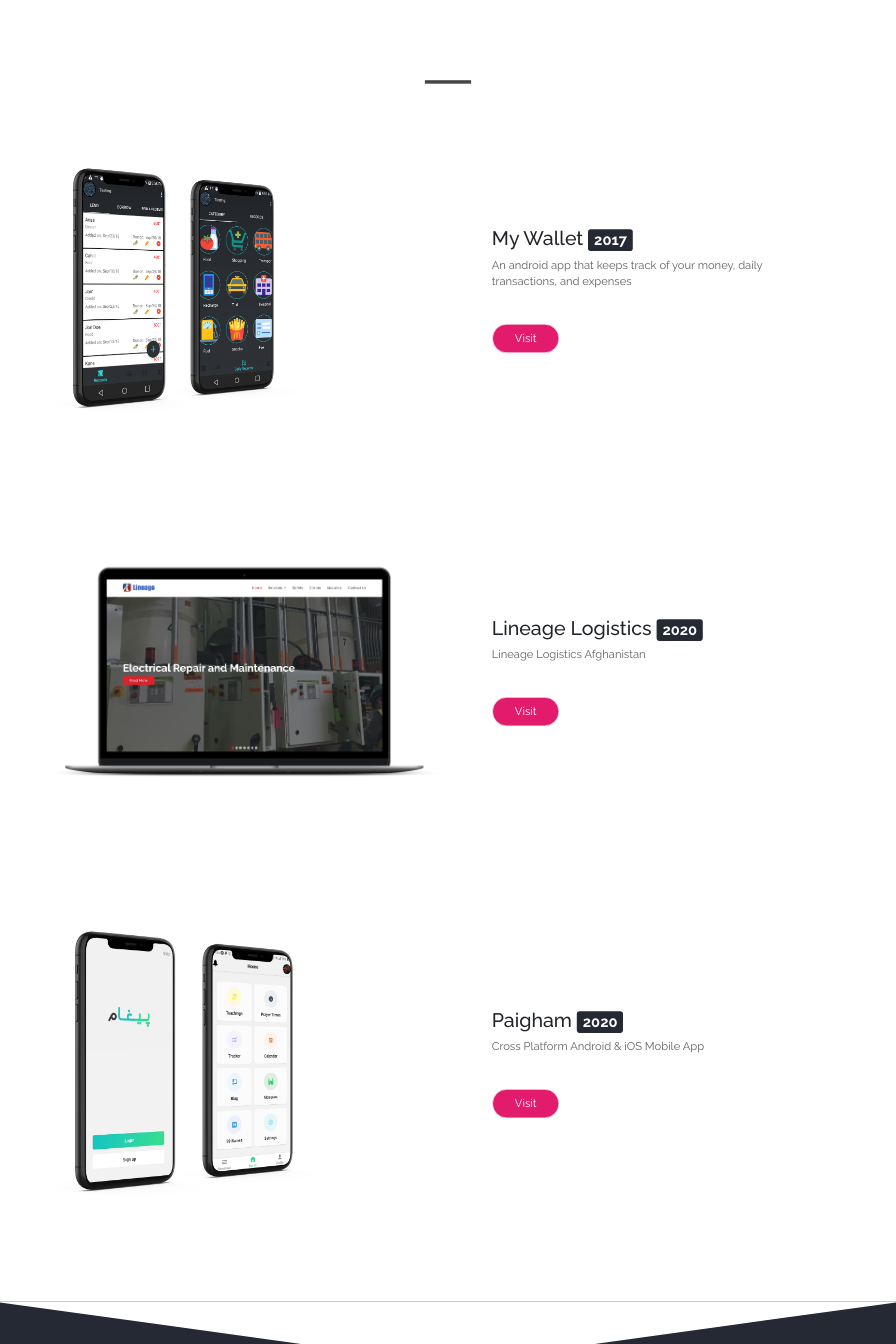
Repository: wasiqkhan/wasiqkhan.github.io
Page: index.html
The author's editor kept a copy of each file at every save. The page is drawn from the files as they stood at one save, then again after the next save.
The browser window is 1280 px wide. The pictures show the part of the page from y = 2102 to 4022 px (the page is 5082 px tall), at 70% of full size.
Some web fonts or font styles are not loaded; a fallback is used.

Above is the page before, as saved 2020-12-03 01:50:32.
Not found: js/all.js
Not found: js/app.js
Not found: js/particles.js

After the next save:
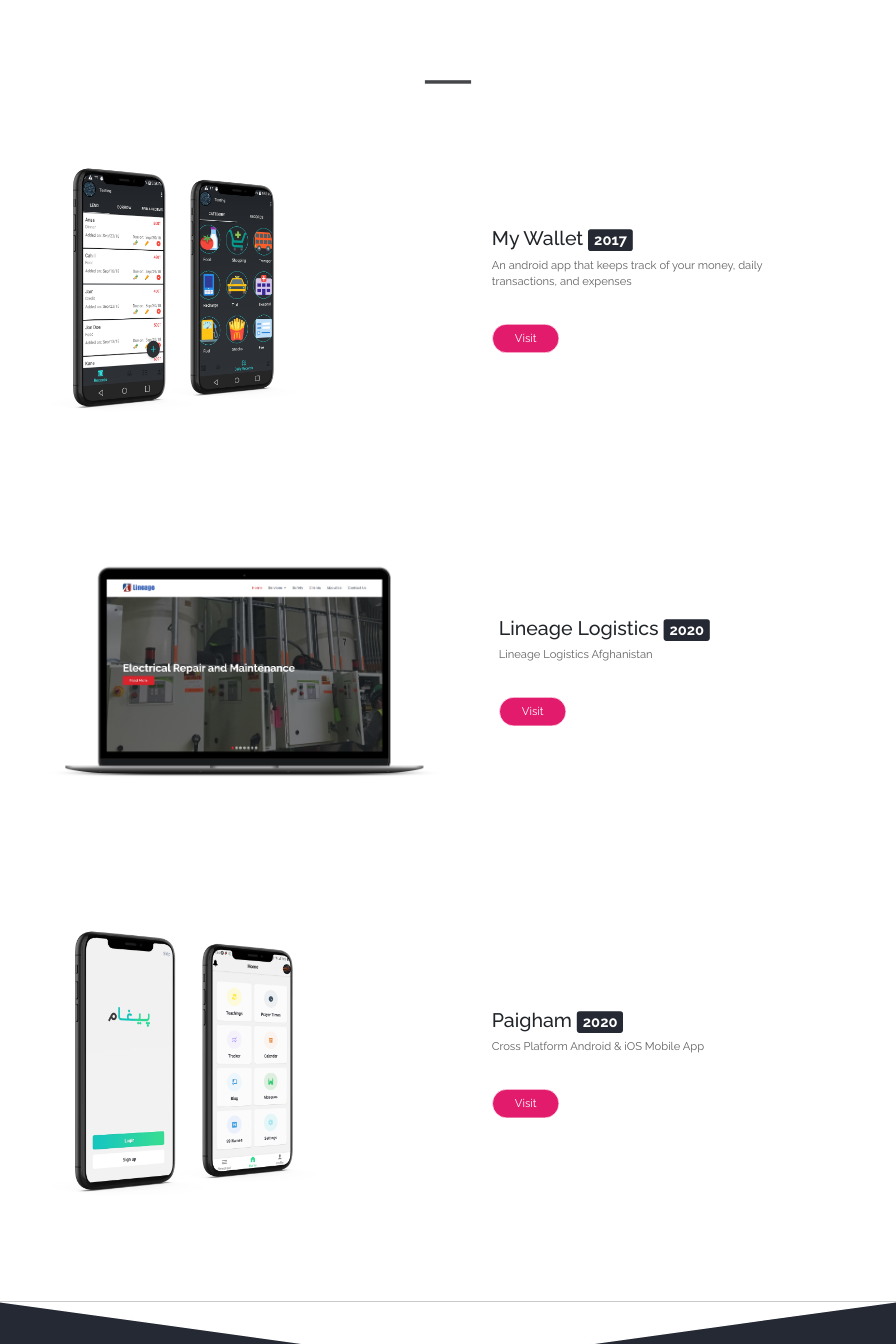
Saved 17 s later.
--- a/index.html
+++ b/index.html
@@ -275,7 +275,7 @@
         </div>
 
         <div class="portfolio-items row align-items-center h-100 text-center text-lg-left " style="margin-top: 220px;">
-          <div class="col-lg-6 p-lg-0 py-4">
+          <div class="col-lg-6 p-lg-0" style="margin-right: 20px;">
             <img src="./img/lineageweb.png" height="300"  >
 
           </div>
